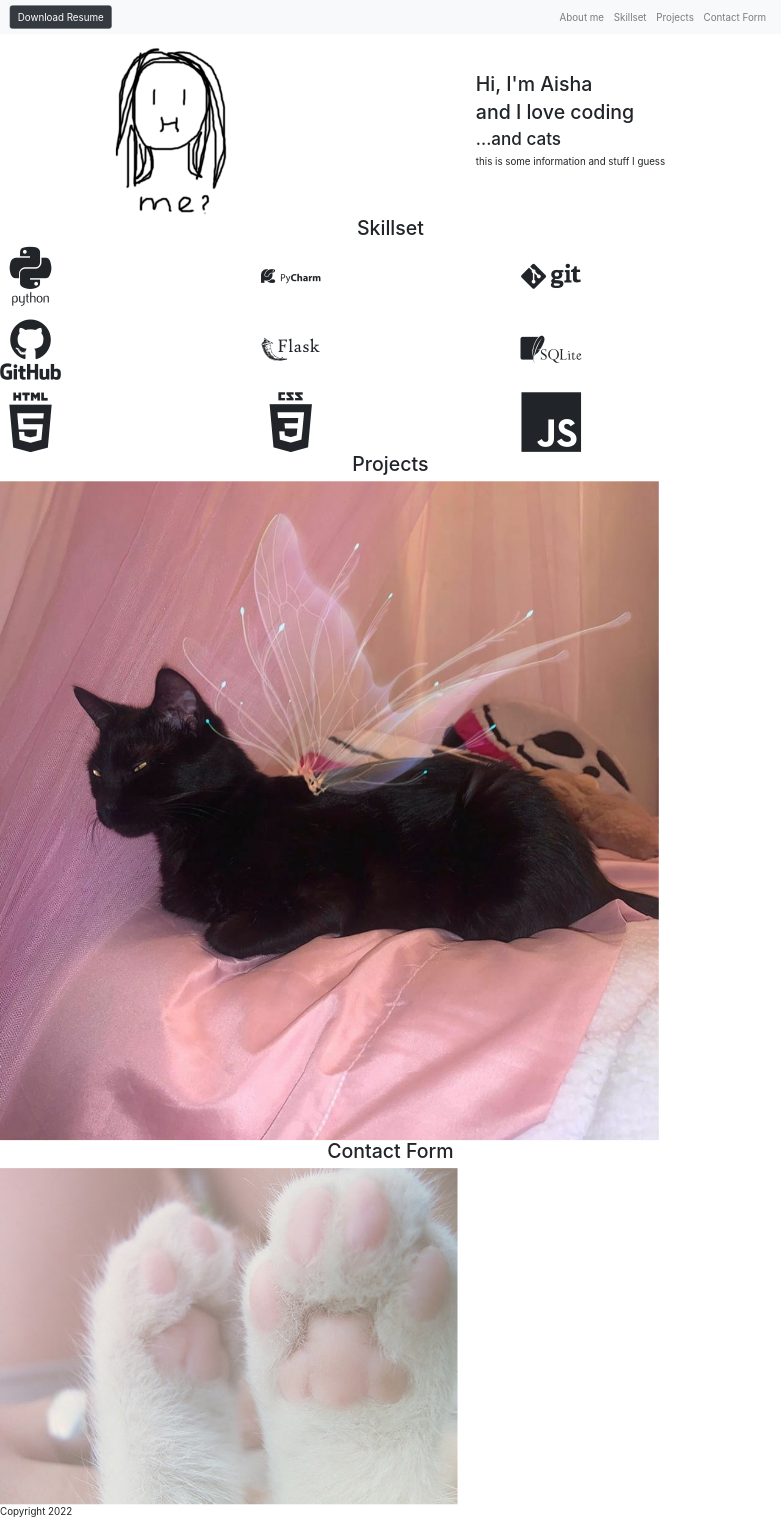
Repository: aishakapan/portfolio
Page: index.html
An editor plug-in stored every save of this project. The page is shown before and after the next save, followed by the edit.
The browser window is 1280 px wide. The pictures show the whole page, at 61% of full size.
Some web libraries are served in a nearby version.

Above is the page before, as saved 2022-08-19 14:41:38.

After the next save:
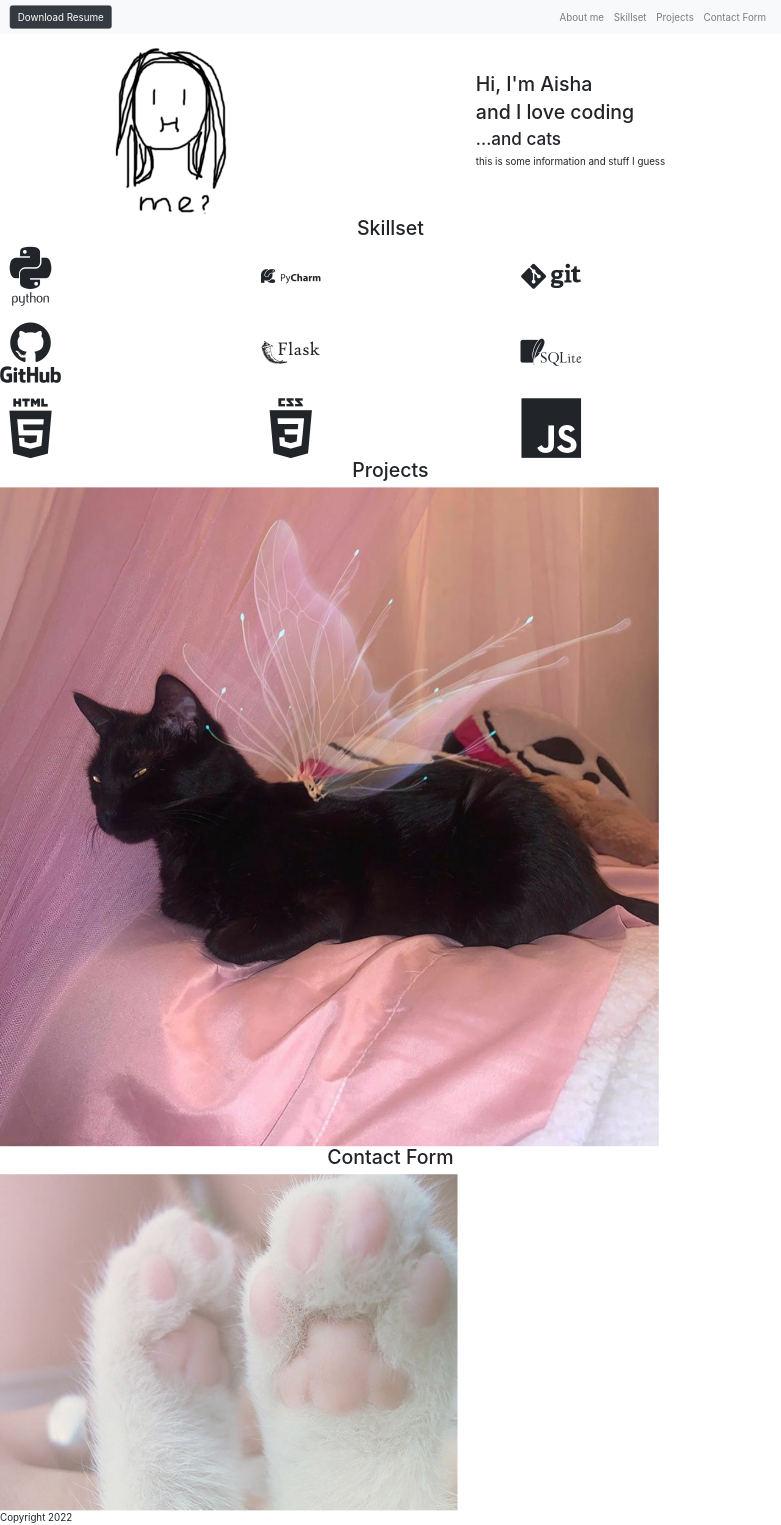
Saved 24 s later.
--- a/styles/index.css
+++ b/styles/index.css
@@ -35,7 +35,7 @@
     flex-wrap: wrap;
     justify-content: space-around;
     align-items: center;
-    row-gap: 20px;
+    row-gap: 25px;
 }
 
 div>i {
